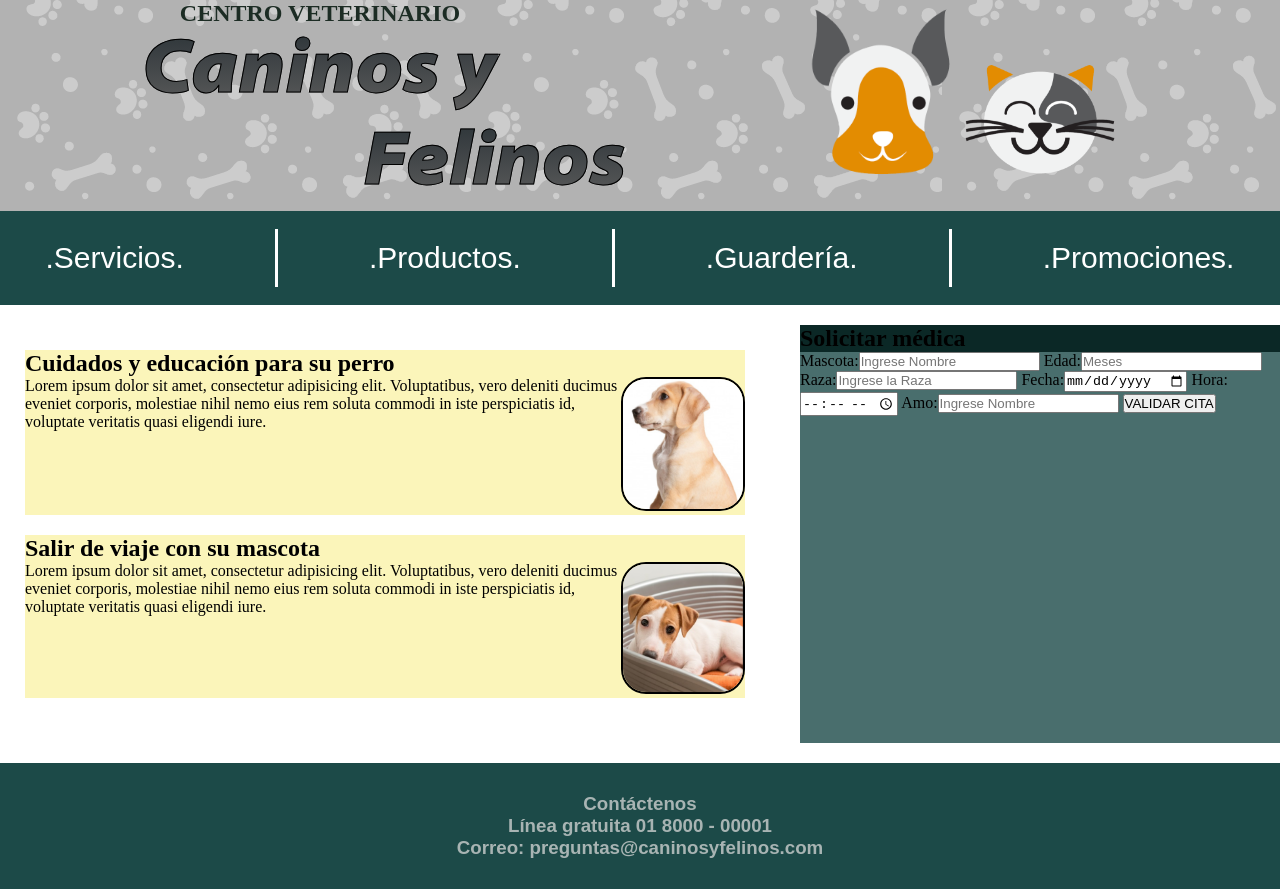
Repository: mariomr87/senaweb01
Page: principal.html
These files come from the project's save history. The page is drawn as it stood at one moment and after the next save; the edit follows.
The browser window is 1280 px wide. The pictures show the whole page.

Above is the page before, as saved 2021-10-23 10:33:48.

### principal.html
<!DOCTYPE html>
<html lang="en">
<head>
    <meta charset="UTF-8">
    <meta http-equiv="X-UA-Compatible" content="IE=edge">
    <meta name="viewport" content="width=device-width, initial-scale=1.0">
    <link rel="stylesheet" href="estilos.css">
    <title>Document</title>
</head>
<body>
    <div>
        <header>
            <div id="cabecera">
                <div class="header-text">
                    <h3>CENTRO VETERINARIO</h3>
                    <h1><span id="header-text-degrad">Caninos y <br><span id="text-felinos">Felinos</span></spa></h1>
                </div>
                <div class="header-img">
                    <img src="./imagenes/dog_white.png" alt="">
                    <img src="./imagenes/cat_white.png" alt="">
                </div>
            </div>
        </header>
        <nav>
            <td>
                <tr><a href="">.Servicios.</a><span class="linea"></span></tr>
                <tr><a href="">.Productos.</a><span class="linea"></span></tr>
                <tr><a href="">.Guardería.</a><span class="linea"></span></tr>
                <tr><a href="">.Promociones.</a></tr>
            </td>
        </nav>
        <div class="centro-pag">
            <section>
                <article>
                    <h2>Cuidados y educación para su perro</h2>
                    <div class="centropag-texto">
                        <p>Lorem ipsum dolor sit amet, consectetur adipisicing elit. Voluptatibus, vero deleniti ducimus eveniet corporis, molestiae nihil nemo eius rem soluta commodi in iste perspiciatis id, voluptate veritatis quasi eligendi iure.</p>
                        <div><img src="./imagenes/perro1.png" alt=""></div>
                    </div>
                </article>
                <article>
                    <h2>Salir de viaje con su mascota</h2>
                    <div class="centropag-texto">
                        <p>Lorem ipsum dolor sit amet, consectetur adipisicing elit. Voluptatibus, vero deleniti ducimus eveniet corporis, molestiae nihil nemo eius rem soluta commodi in iste perspiciatis id, voluptate veritatis quasi eligendi iure.</p>
                        <div><img src="./imagenes/perro2.png" alt=""></div>
                    </div>
                </article>
            </section>
            <aside>
                <form action="">
                    <div><h2>Solicitar médica</h2></div>
                    <div class="cuestionario">
                        <label for="mascota_name">Mascota:</label><input type="text" placeholder="Ingrese Nombre" id="">
                        <label for="age_pet">Edad:</label><input type="number" name="" id="" placeholder="Meses">
                        <label for="raza_pet">Raza:</label><input type="text" name="" id="" placeholder="Ingrese la Raza">
                        <label for="fecha_ingreso_pet">Fecha:</label><input type="date" name="" id="">
                        <label for="hora_ingreso_pet">Hora:</label><input type="time" name="" id="">
                        <label for="amo_pet">Amo:</label><input type="text" name="" id="" placeholder="Ingrese Nombre">
                        <button type="submit">VALIDAR CITA</button>
                    </div>
                </form>
            </aside>
        </div>
        <footer>
            <h3>Contáctenos</h3>
            <h3>Línea gratuita 01 8000 - 00001</h3>
            <h3>Correo: preguntas@caninosyfelinos.com</h3>
        </footer>
    </div>
</body>
</html>

### estilos.css
*{
    margin: 0px;
    padding: 0px;
}

@font-face {
    font-family: Myriad_Pro ;
    src: url(./extra/MyriadProBlackSemiExtendedItalic.otf);
}

h1{
    font-family: Myriad_pro;
}

header div img{
    width: 10em;
}

#cabecera{
    background-image: url("./imagenes/fondo.png");
    background-repeat: initial;
    width: 100%;
    display: flex;
    text-align: center;
}

.header-text,.header-img{
    width:50%;
}

.header-text h3{
    font-size: 1.5em;
    color:#1c2c24;
}

.header-text h1{
    font-size: 4.8em;
}

#header-text-degrad{
    background: linear-gradient(#30373b,#5c5c5c);
    -webkit-background-clip: text;
    -webkit-text-fill-color: transparent;
    -webkit-text-stroke: 1px black;
}

#text-felinos{
    margin-left: 350px;
}

nav{
    display: flex;
    flex-direction: row;
    justify-content: space-around;
    background: #1c4a48;
    margin-bottom: 20px;
}

nav a{
    color: #fff;
    text-decoration: none;
    font-size: 30px;
    font-family: Arial, Helvetica, sans-serif;
    padding: 30px 0;

}

.linea{
    border-right: 3px solid #fff;
    margin: 18px 0;
}

.centro-pag{
    display: flex;
}

.centropag-texto{
    display: flex;
}

section{
    border-radius: 25px;
    width: 60%;
    margin-right: 30px;
    padding: 25px;
}

article{
    background: #fbf5ba;
    margin-bottom: 20px;
}

article div img {
    width: 120px;
    border: 2px solid black;
    border-radius: 25px;
}

form  div h2{
    background:#0b2826 ;
}

aside{
    background: #496e6d;
    width: 40%;
}

footer{
    text-align: center;
    background: #1c4a48;
    color: #a8b4b3;
    padding: 30px 0;
    font-family: Arial, Helvetica, sans-serif;
    margin-top: 20px;
}

After the next save:
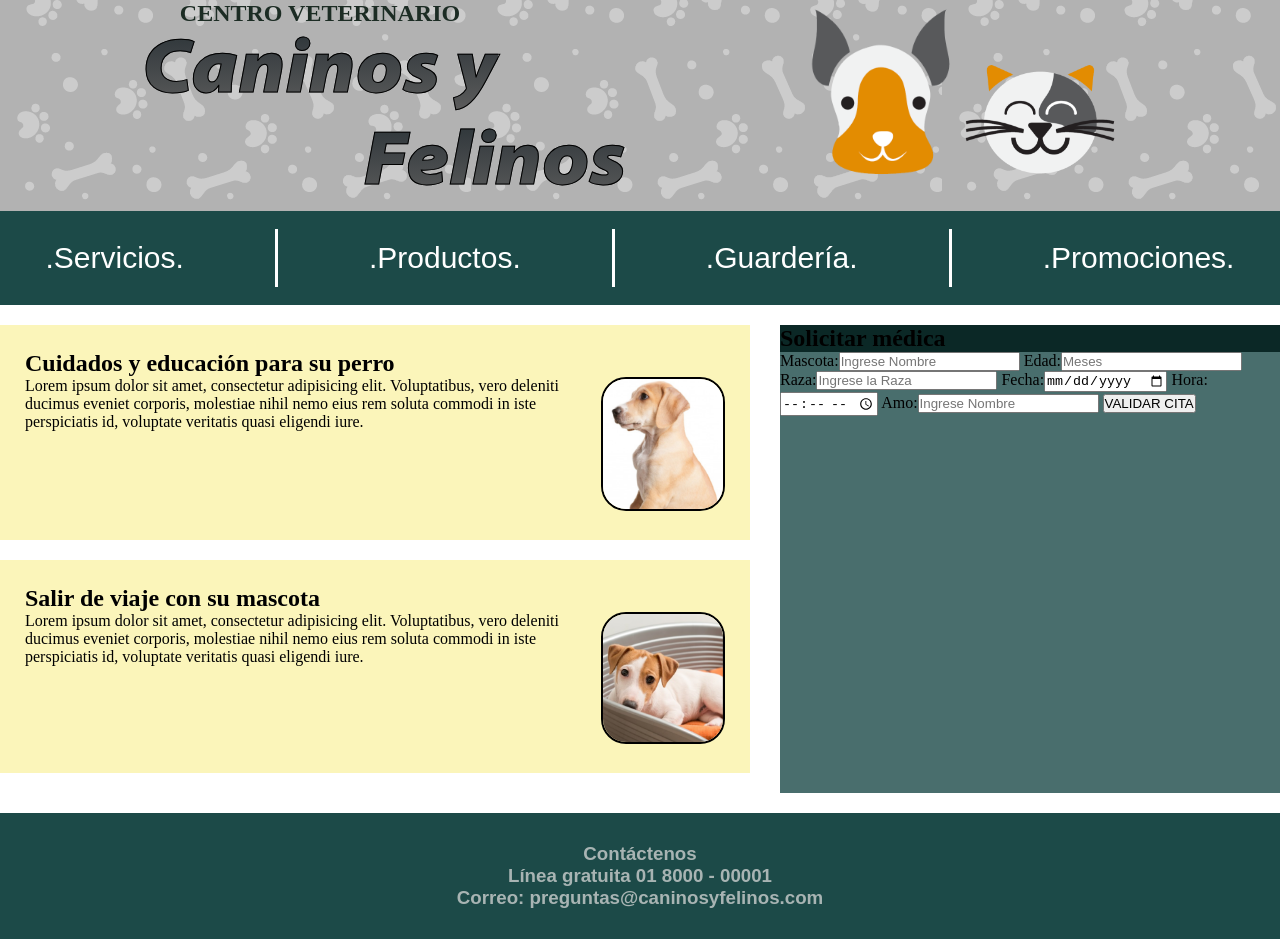
Saved 20 s later.
--- a/estilos.css
+++ b/estilos.css
@@ -82,12 +82,13 @@ section{
     border-radius: 25px;
     width: 60%;
     margin-right: 30px;
-    padding: 25px;
+
 }
 
 article{
     background: #fbf5ba;
     margin-bottom: 20px;
+    padding: 25px;
 }
 
 article div img {
